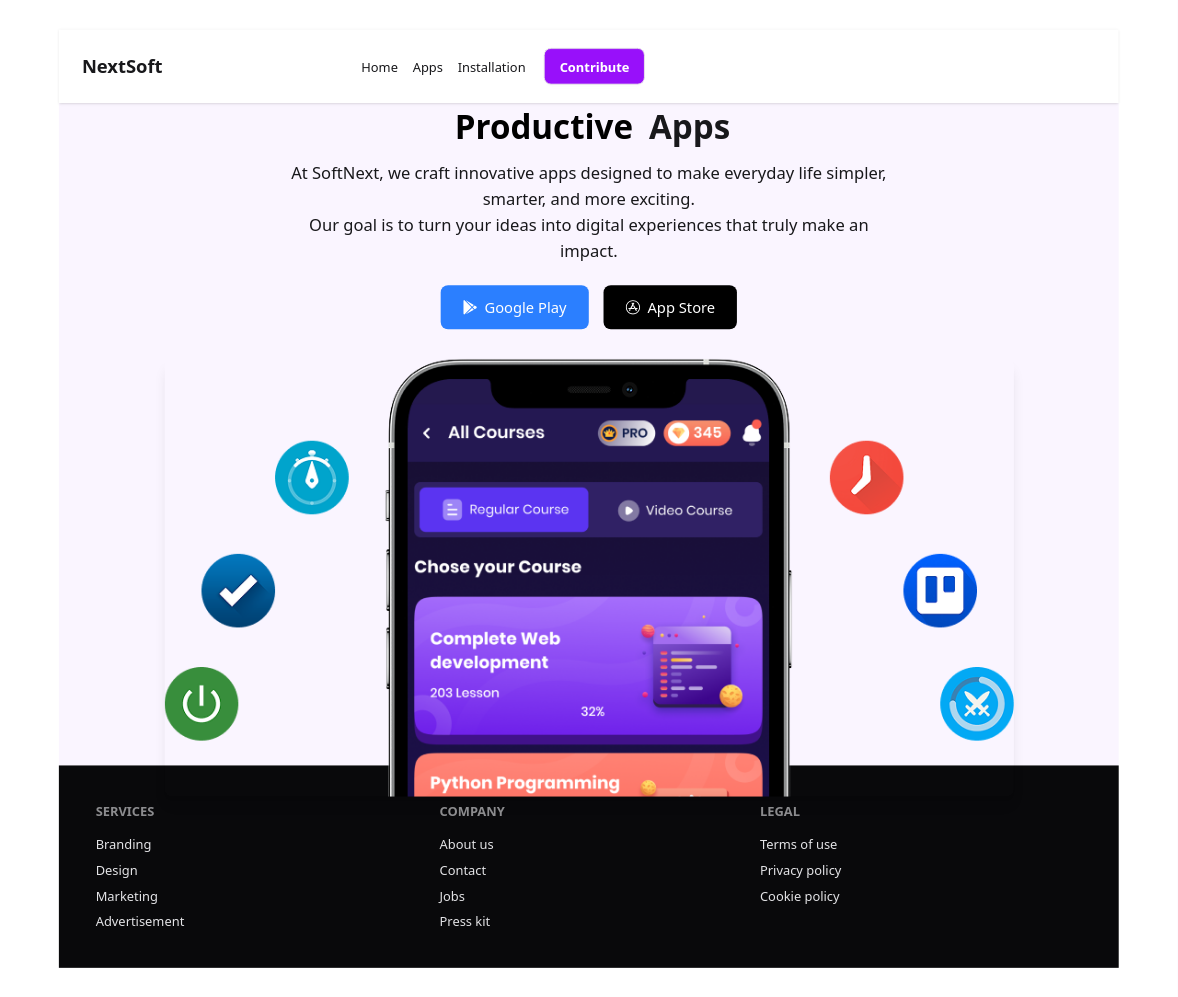
Repository: chayanatik1994/NextSoft
Page: /
An editor plug-in stored every save of this project. The page is shown before and after a run of saves, followed by the edit.
The browser window is 1280 px wide. The pictures show the whole page, at 92% of full size.
The project was rebuilt for these pictures with package versions that can differ from the ones it lists, and the page was loaded fresh each time. Also part of the build but not shown: vite.config.js, src/App.jsx, src/Pages/ErrorPage/ErrorPage.jsx.

Above is the page before, as saved 2025-10-11 03:45:35.

After the next 3 saves:
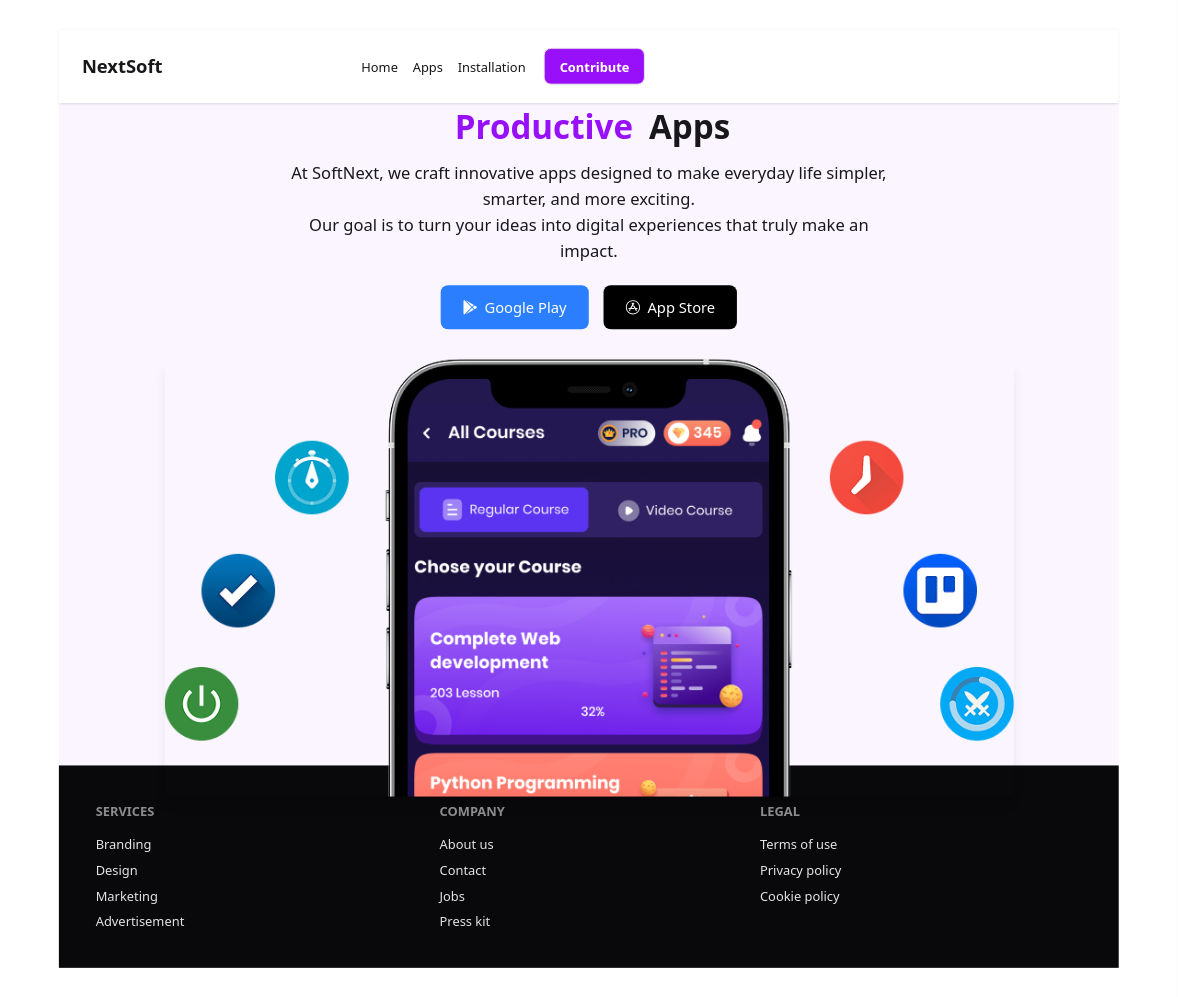
The 3 saves are shown as one change because they came seconds apart.
The last was saved 12 s later.
--- a/src/Components/Banner/Banner.jsx
+++ b/src/Components/Banner/Banner.jsx
@@ -7,7 +7,7 @@
     <div className="flex flex-col justify-center items-center text-center h-screen p-8 bg-purple-50">
       <h1 className="text-4xl font-extrabold">
         We Build <br/>
-        <span className="text-black  px-2 py-1 rounded-xl">Productive</span> Apps
+        <span className="text-purple-600  px-2 py-1 rounded-xl">Productive</span> Apps
       </h1>
       <p className="mt-4 text-lg max-w-2xl">
         At SoftNext, we craft innovative apps designed to make everyday life simpler, smarter, and more exciting.
